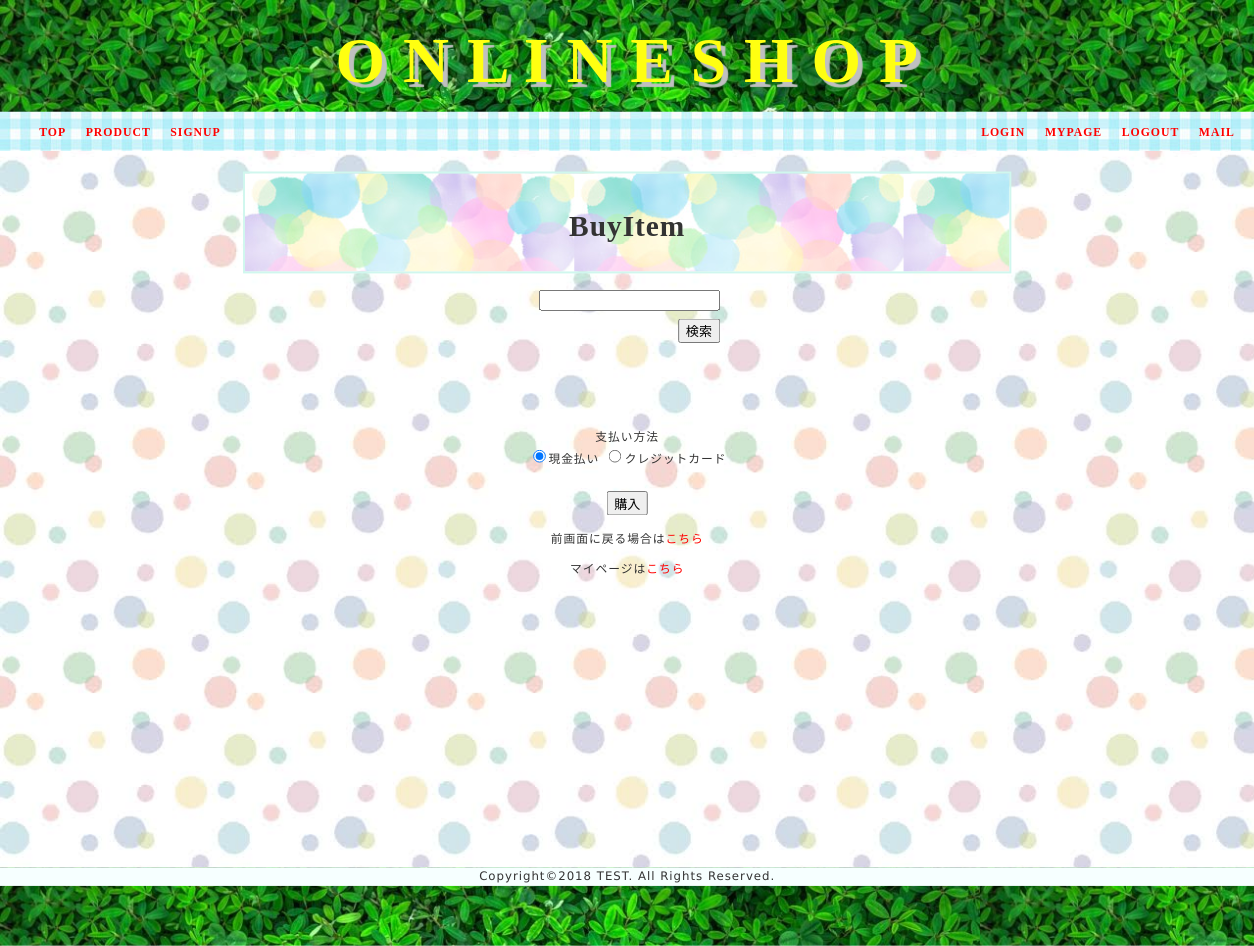
Repository: rt-1217/j2
Page: http://localhost/ecsite01/buyItem.jsp
These files come from the project's save history. The page is drawn as it stood at one moment and after the next save; the edit follows.
The browser window is 1280 px wide. The pictures show the whole page, at 98% of full size.
Backgrounds fixed to the window are drawn as part of the page. Some web fonts or font styles are not loaded; a fallback is used. The page is served by Tomcat 9.

Above is the page before, as saved 2018-05-30 06:29:19.

After the next save:
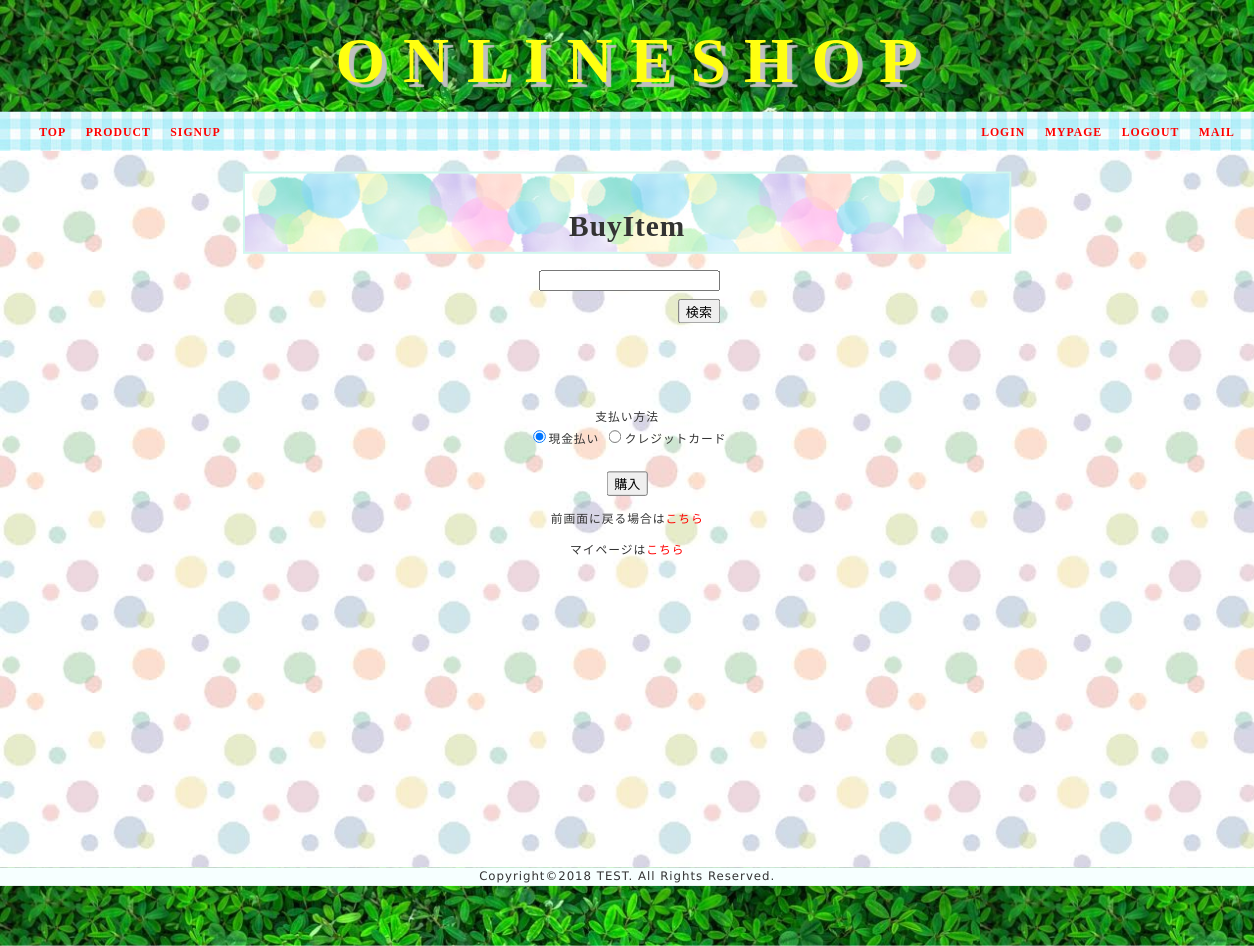
Saved 57 s later.
--- a/ecsite01/WebContent/css/basis.css
+++ b/ecsite01/WebContent/css/basis.css
@@ -26,7 +26,7 @@
 /* ========ID LAYOUT======== */
 #top {
 width:780px;
-height:100px;
+height:80px;
 margin:10px auto;
 border:2px solid #d0f7ee;
 background-image:url("../image/pastel2.jpg");

After the save that followed:
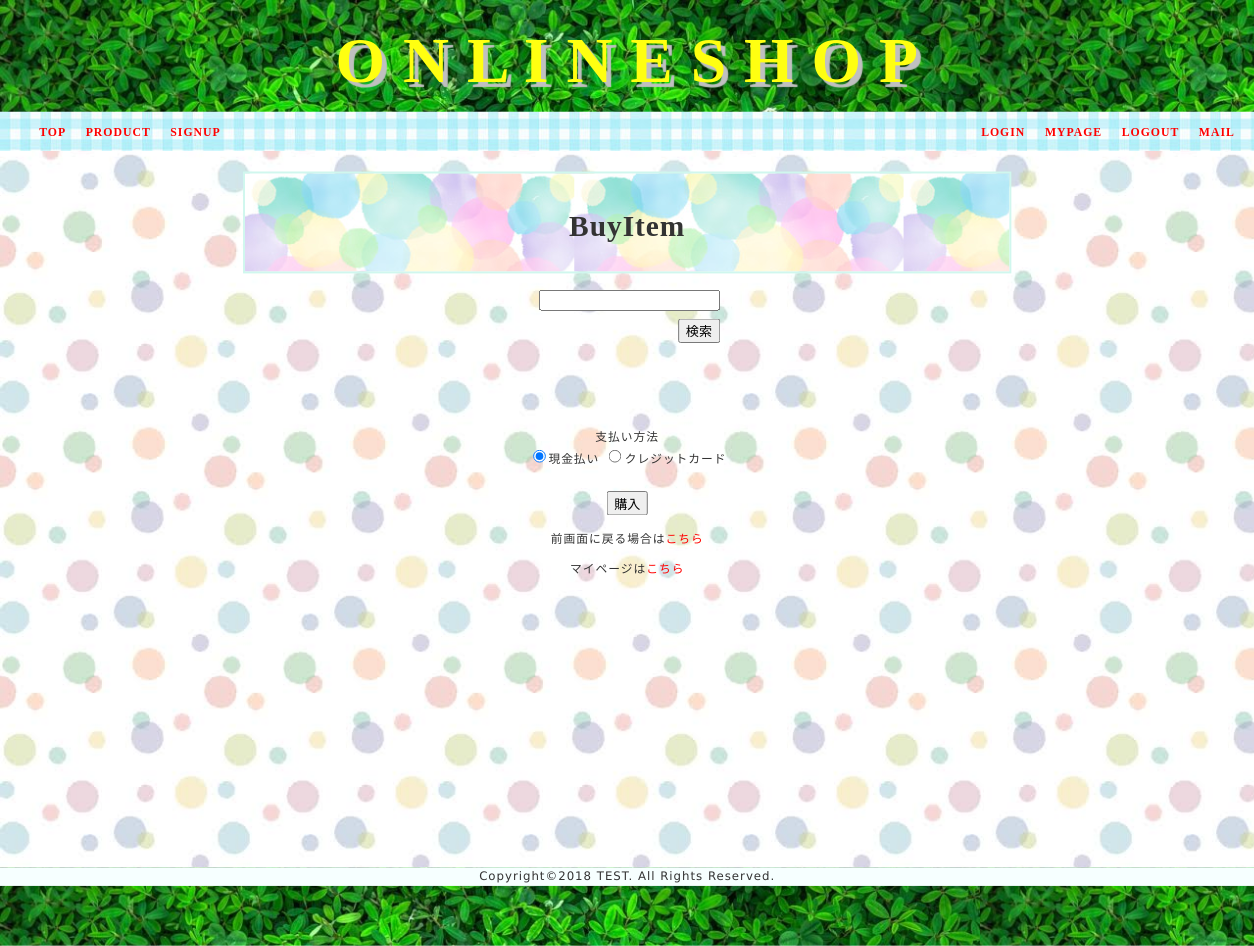
Saved 11 s later.
--- a/ecsite01/WebContent/css/basis.css
+++ b/ecsite01/WebContent/css/basis.css
@@ -26,7 +26,7 @@
 /* ========ID LAYOUT======== */
 #top {
 width:780px;
-height:80px;
+height:100px;
 margin:10px auto;
 border:2px solid #d0f7ee;
 background-image:url("../image/pastel2.jpg");
